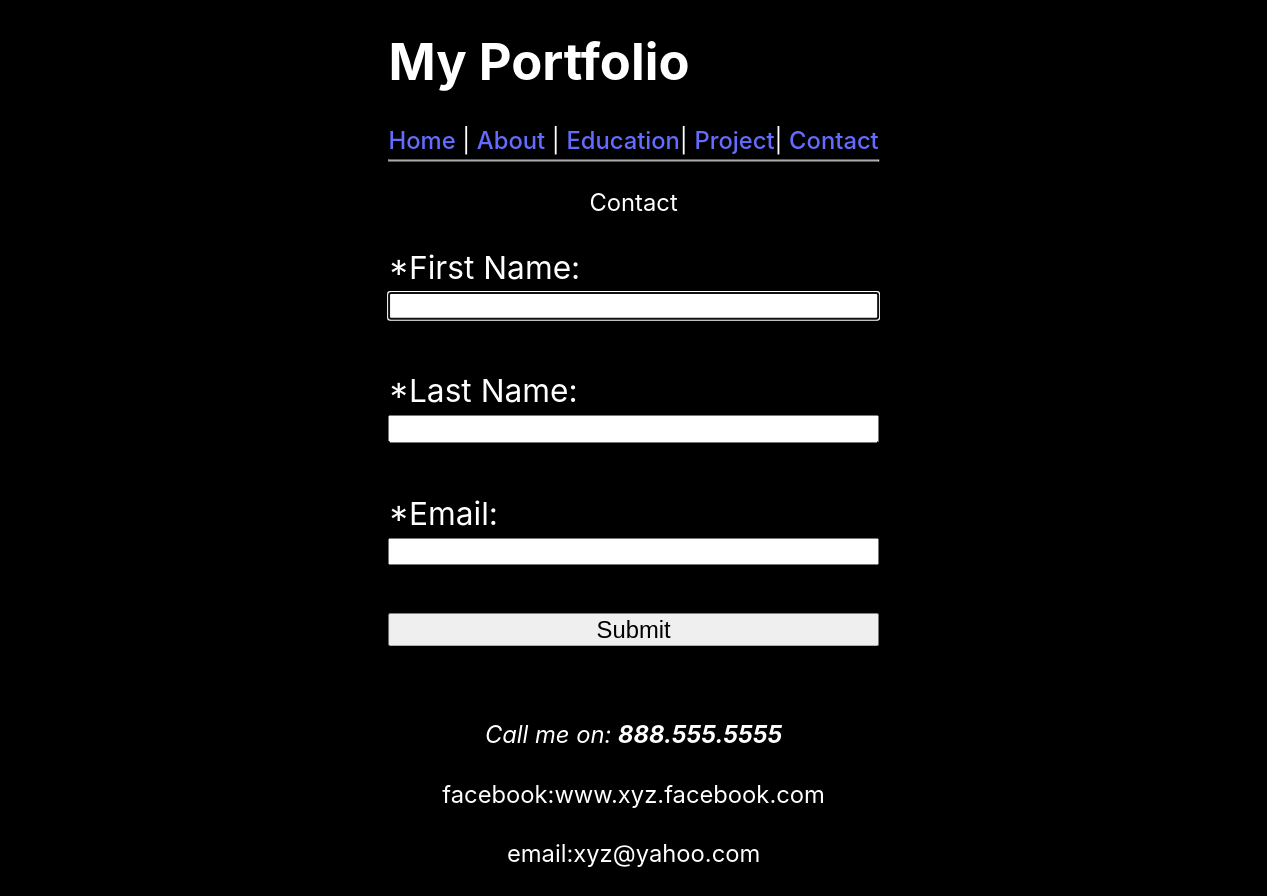
Repository: FelixChung29/ChunWaiChung_COMP229Lab2
Page: /contact (app in client/)
The author's editor kept a copy of each file at every save. The page is drawn from the files as they stood at one save, then again after the next save.
The browser window is 1280 px wide. The pictures show the whole page, at 99% of full size.
Pictures or frames that could not be fetched are drawn as grey boxes. The project was rebuilt for these pictures with package versions that can differ from the ones it lists, and the page was loaded fresh each time. Also part of the build but not shown: client/vite.config.js, client/components/Home.jsx, client/src/about.css, client/src/about.jsx, client/src/education.jsx, client/src/project.css, client/src/project.jsx.

Above is the page before, as saved 2024-10-05 12:59:32.

After the next save:
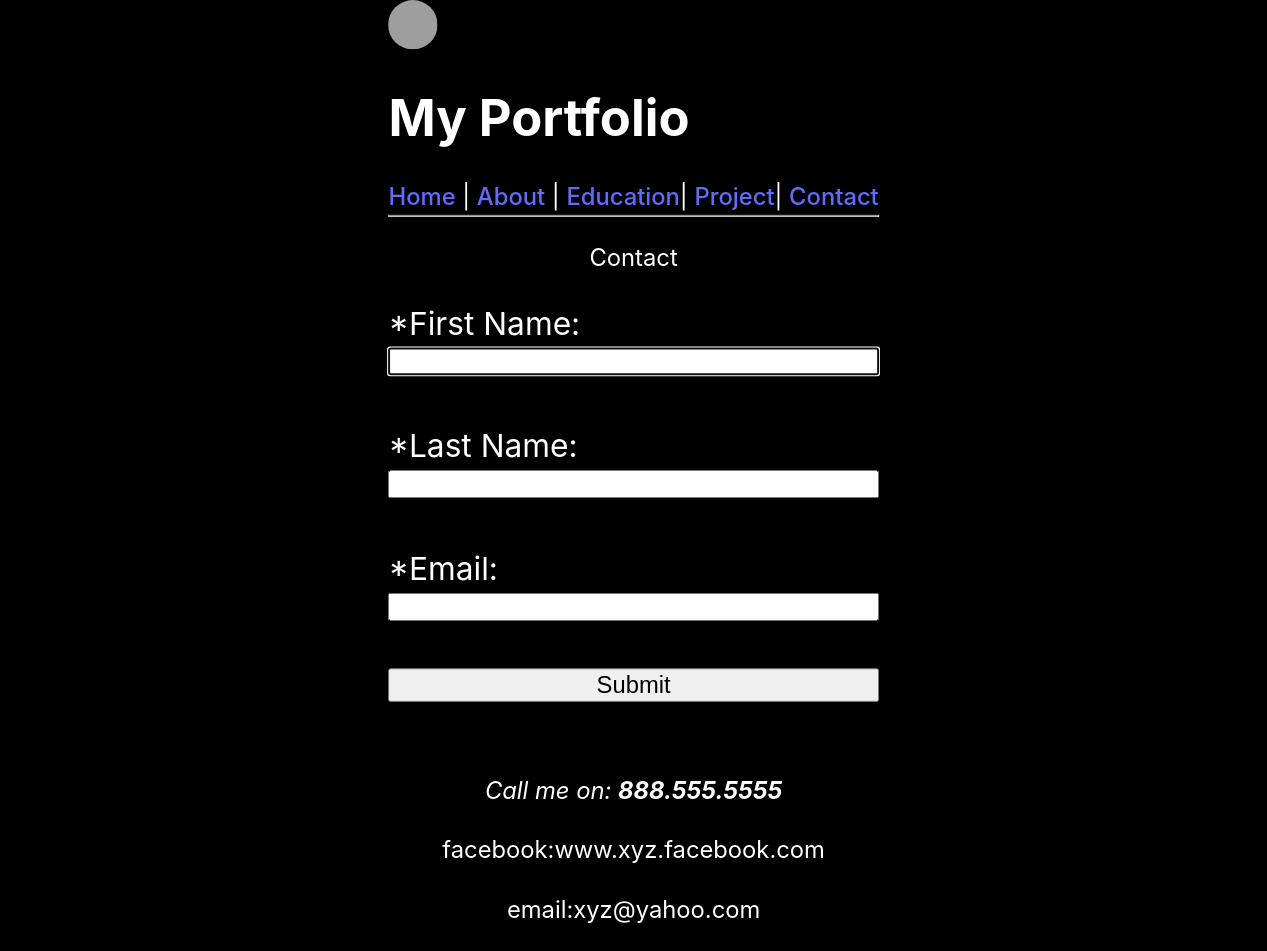
Saved 5 s later.
--- a/client/components/layout.jsx
+++ b/client/components/layout.jsx
@@ -5,7 +5,7 @@
  return (
  <>
 
- <h1>My Portfolio</h1>
+ < img src={football1}alt="football" className="football" width="50px" height="50px"/><h1>My Portfolio</h1>
 
 
  <nav>

After the save that followed:
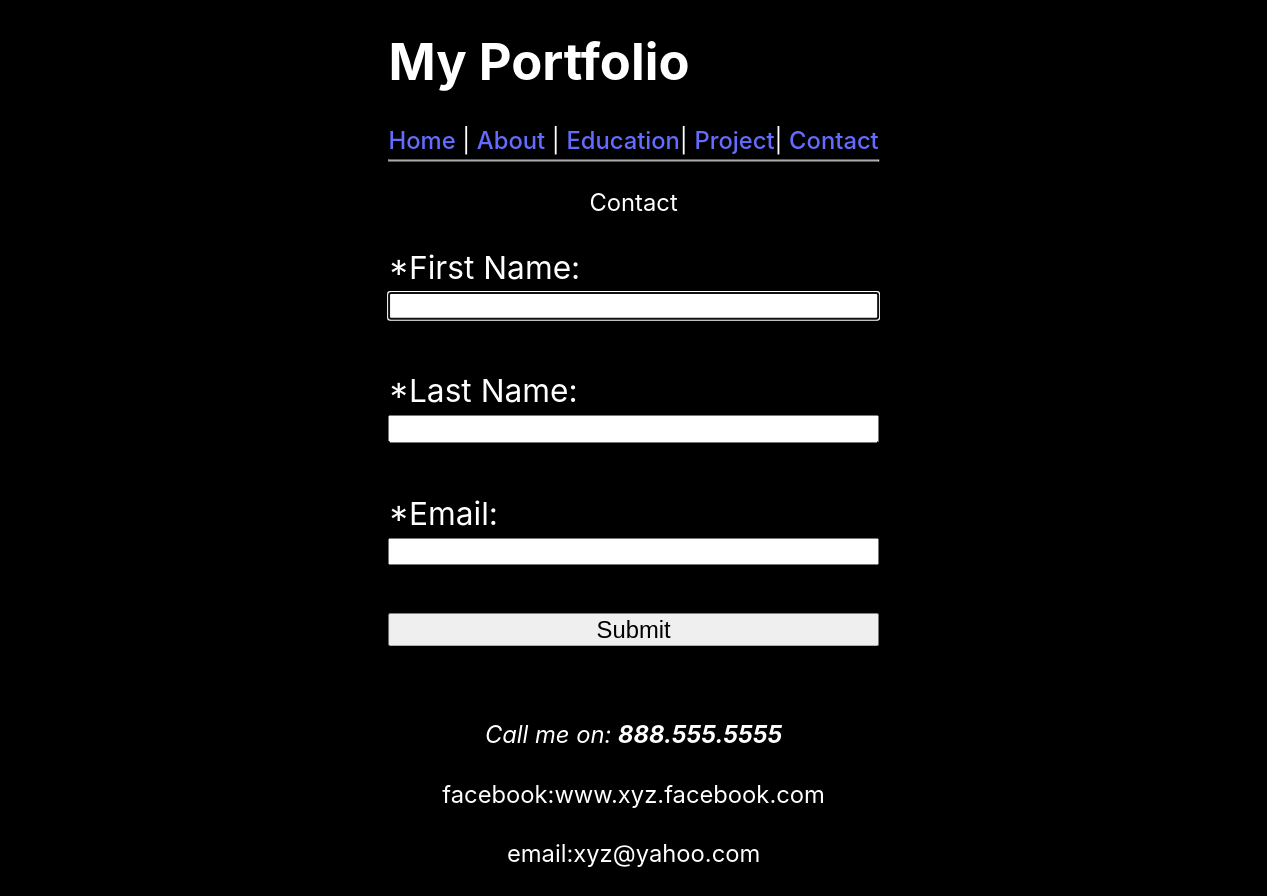
Saved 18 s later.
--- a/client/components/layout.jsx
+++ b/client/components/layout.jsx
@@ -5,7 +5,7 @@
  return (
  <>
 
- < img src={football1}alt="football" className="football" width="50px" height="50px"/><h1>My Portfolio</h1>
+ <h1>My Portfolio</h1>
 
 
  <nav>
